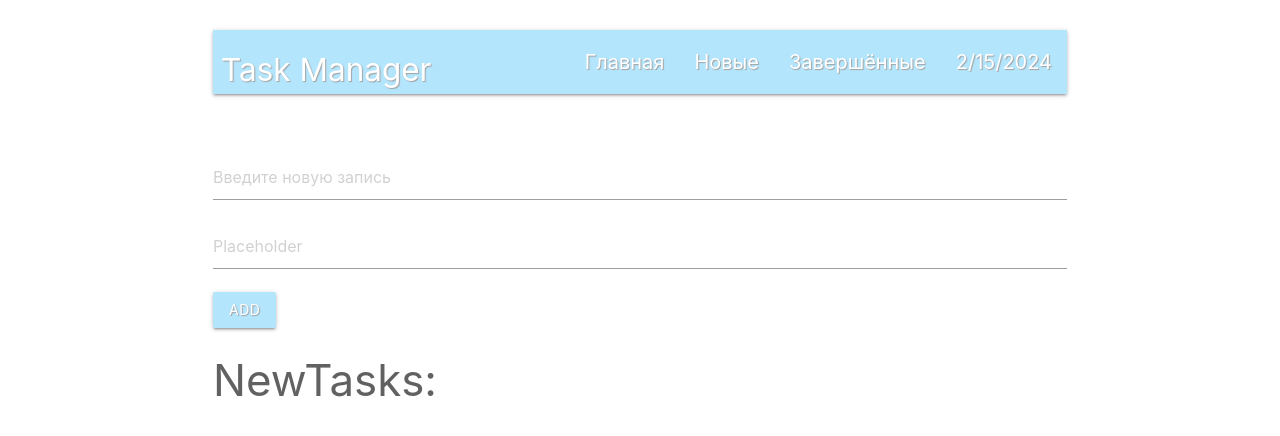
Repository: iveivs/myReactTaskManager
Page: /new
An editor plug-in stored every save of this project. The page is shown before and after the next save, followed by the edit.
The browser window is 1280 px wide. The pictures show the whole page.
The project was rebuilt for these pictures with package versions that can differ from the ones it lists, and the page was loaded fresh each time. Also part of the build but not shown: vite.config.js, src/components/DoneTasks.jsx, src/components/MainPage.jsx.

Above is the page before, as saved 2024-02-15 15:48:02.

After the next save:
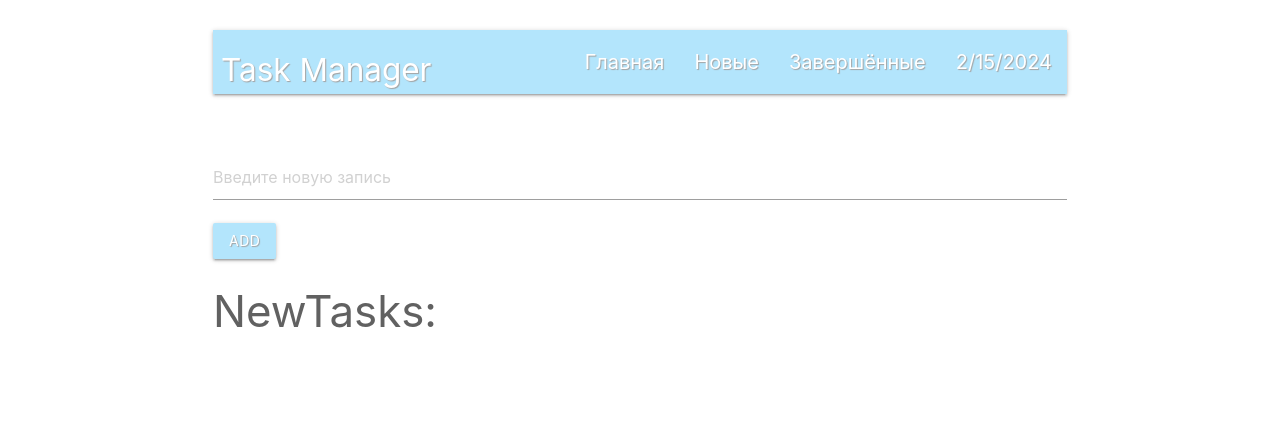
Saved 15 s later.
--- a/src/App.jsx
+++ b/src/App.jsx
@@ -65,10 +65,6 @@ useEffect(()=> {
             type="text" />
         </div>
 
-        <div className="input-field col s6">
-          <input placeholder="Placeholder" id="first_name" type="text" class="validate" />
-        </div>
-
         <button className='btn light-blue lighten-4' onClick={handleClick}>ADD</button>
         <Routes>
           <Route index element={<MainPage />} />
